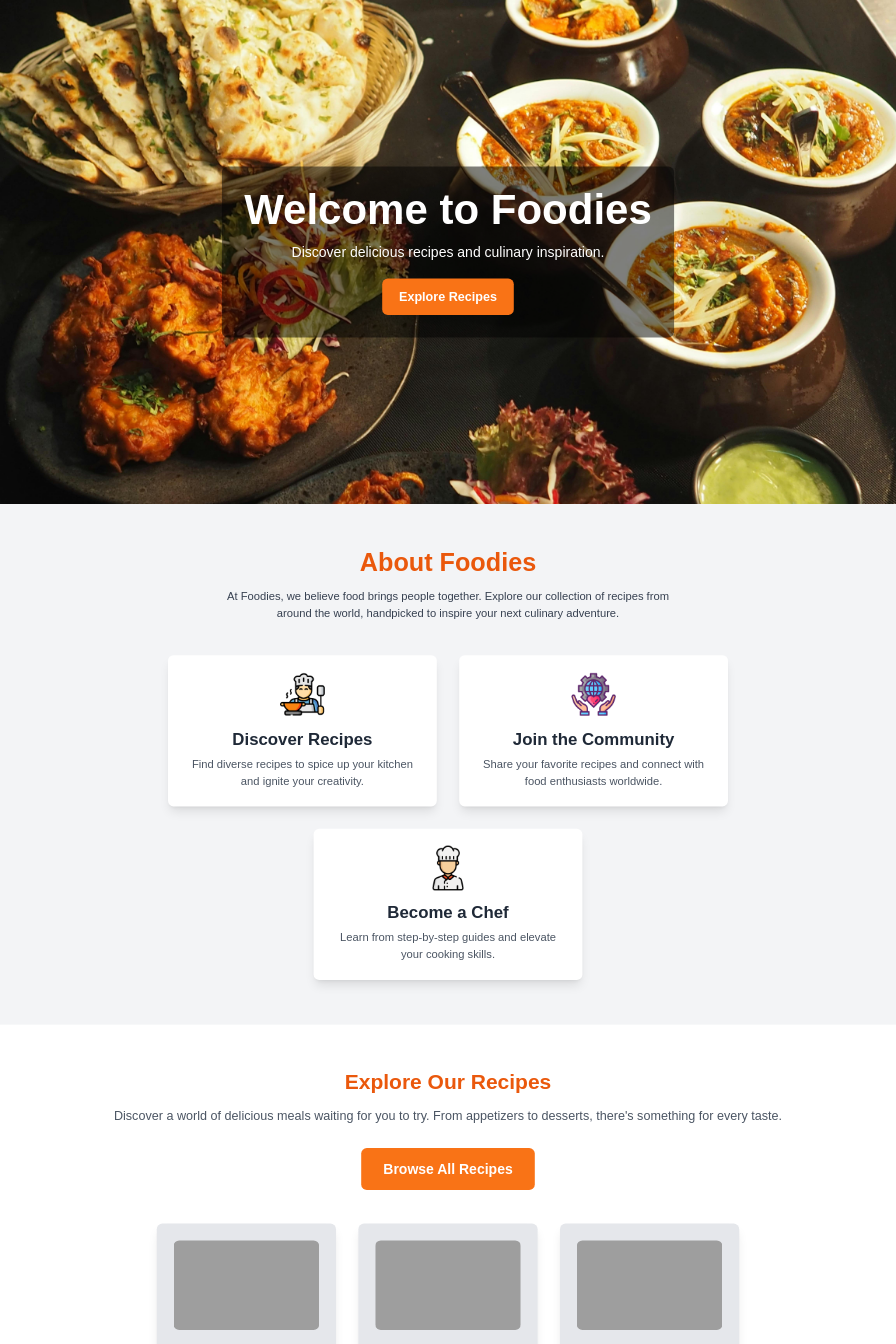
Repository: Ademaulana100499/foodies
Page: /Main
These files come from the project's save history. The page is drawn as it stood at one moment and after the next save; the edit follows.
The browser window is 1280 px wide. The pictures show the part of the page from y = 0 to 1920 px (the page is 2601 px tall), at 70% of full size.
Pictures or frames that could not be fetched are drawn as grey boxes. The project was rebuilt for these pictures with package versions that can differ from the ones it lists, and the page was loaded fresh each time. The framework's server and built-in components were replaced by stand-ins that run in the browser. Also part of the build but not shown: next.config.ts.

Above is the page before, as saved 2025-01-10 19:09:48.

After the next save:
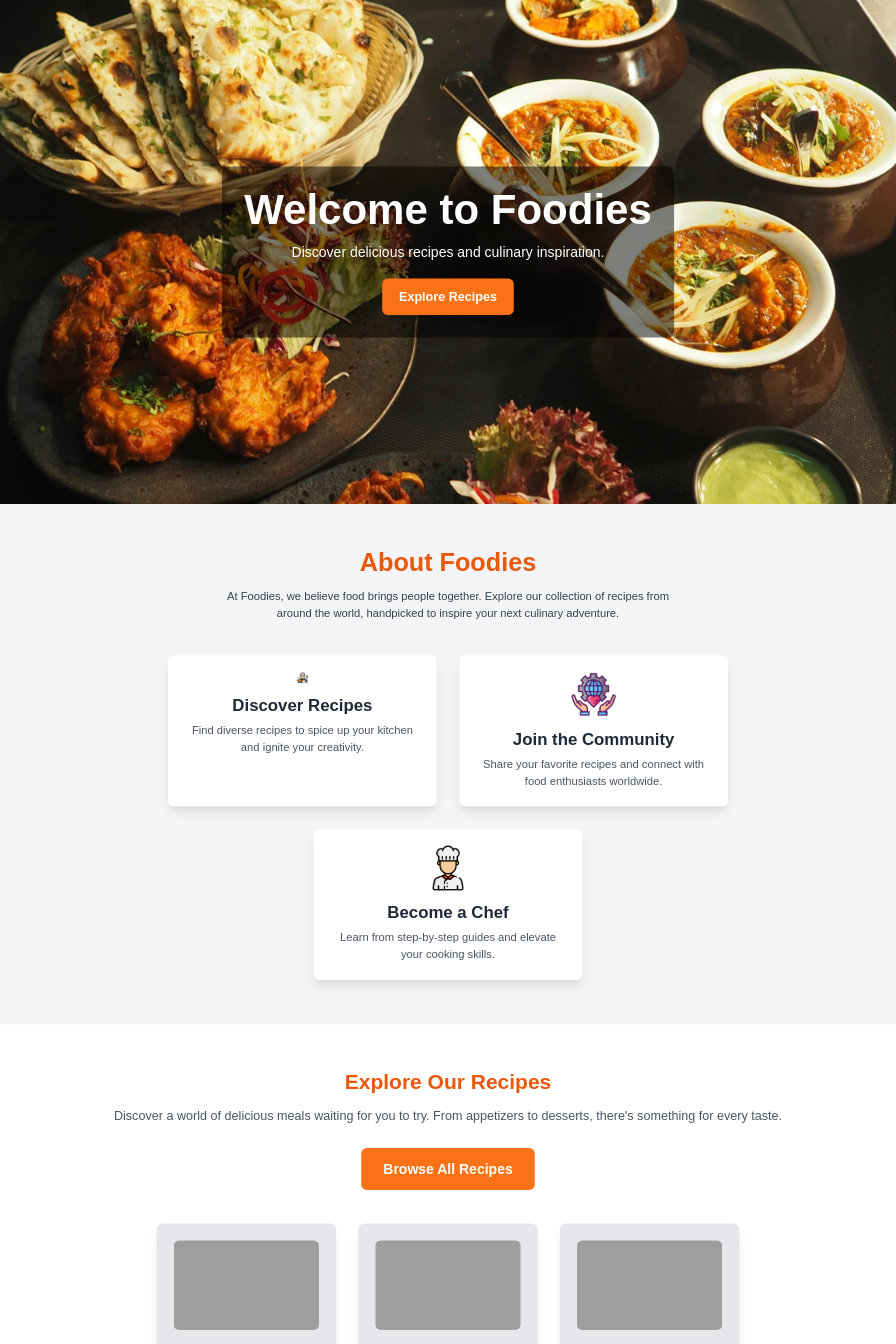
Saved 3 min 56 s later.
--- a/src/pages/Main/index.tsx
+++ b/src/pages/Main/index.tsx
@@ -36,8 +36,8 @@
               <Image
                 src="/assets/cooking-icon.png"
                 alt="Cooking Icon"
-                width={64}
-                height={64}
+                width={16}
+                height={16}
               />
             </div>
             <h3 className="text-2xl font-semibold text-gray-800">

After the save that followed:
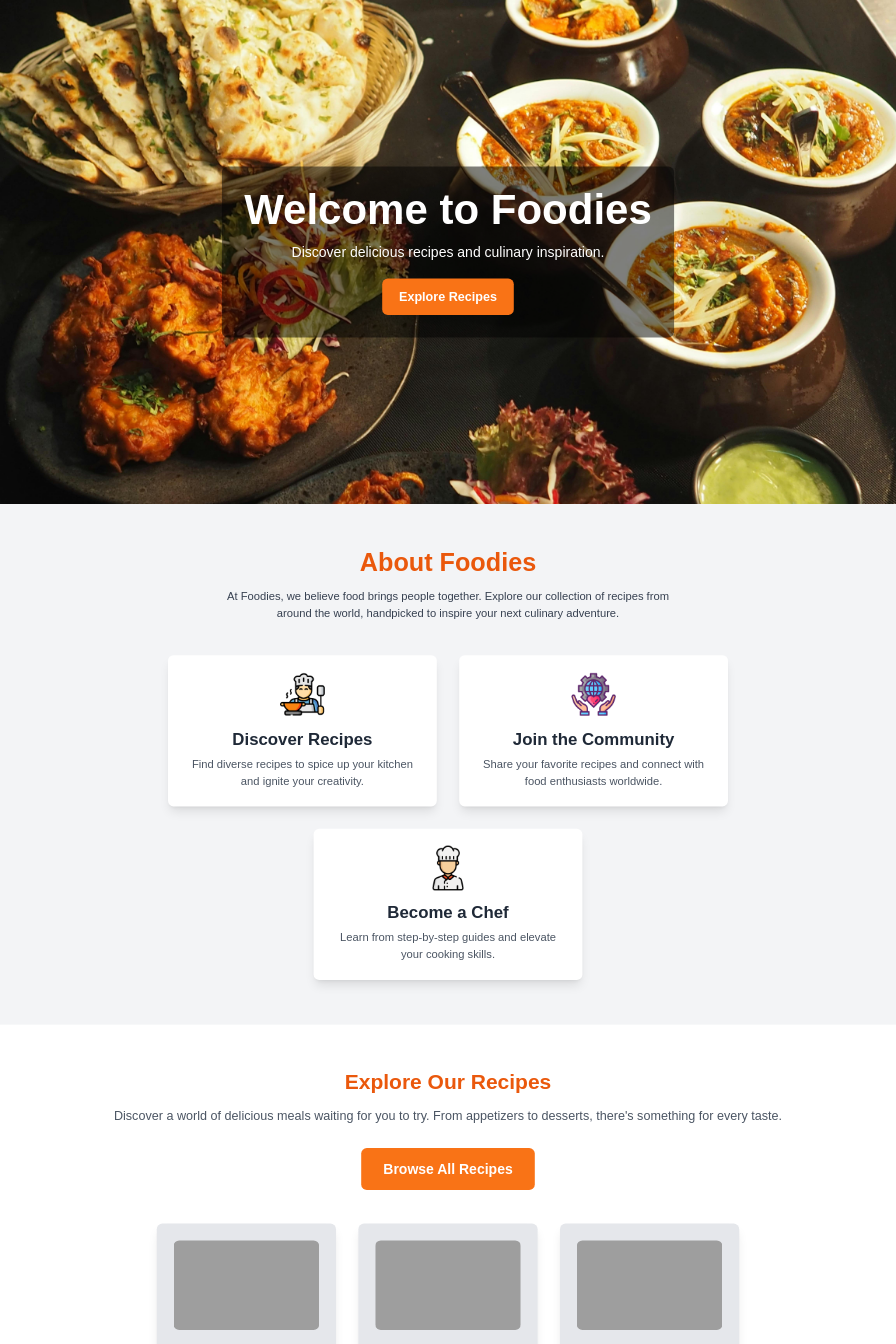
Saved 56 s later.
--- a/src/pages/Main/index.tsx
+++ b/src/pages/Main/index.tsx
@@ -36,8 +36,8 @@
               <Image
                 src="/assets/cooking-icon.png"
                 alt="Cooking Icon"
-                width={16}
-                height={16}
+                width={64}
+                height={64}
               />
             </div>
             <h3 className="text-2xl font-semibold text-gray-800">
